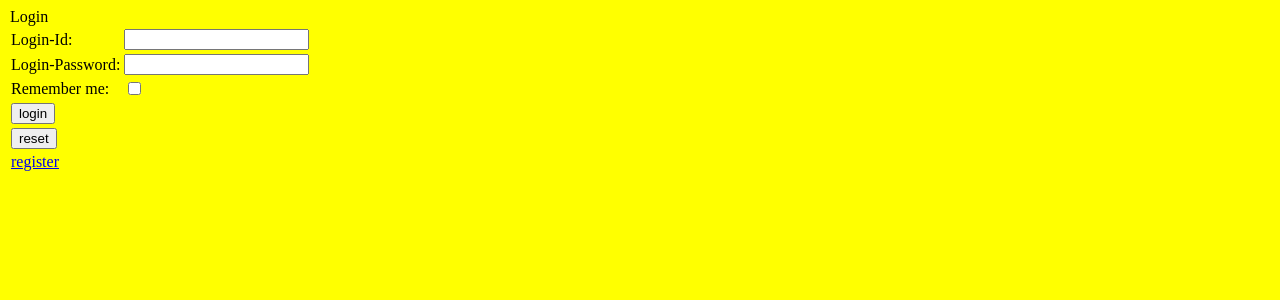
Repository: pawankumarsharm/UST_JDBC_SERVLET
Page: jdbc/empwebapp/WebContent/login.html
The author's editor kept a copy of each file at every save. The page is drawn from the files as they stood at one save, then again after the next save.
The browser window is 1280 px wide. The pictures show the whole page.

Above is the page before, as saved 2019-11-15 11:31:56.

After the next save:
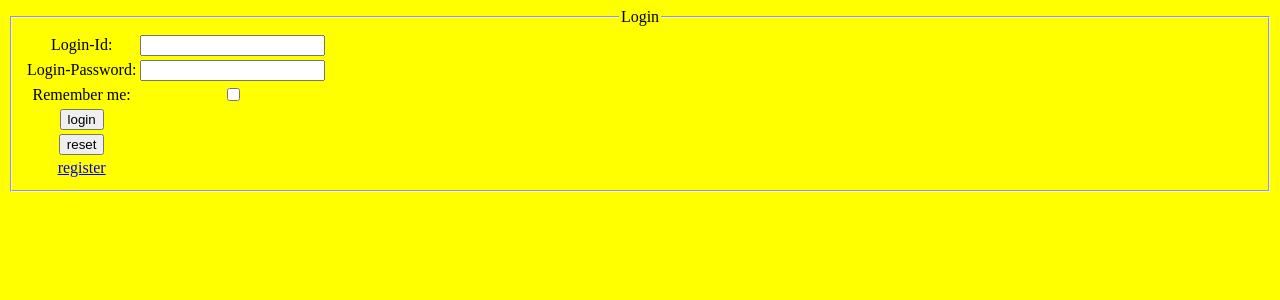
Saved 43 s later.
--- a/jdbc/empwebapp/WebContent/login.html
+++ b/jdbc/empwebapp/WebContent/login.html
@@ -5,7 +5,7 @@
 <title>Insert title here</title>
 </head>
 <body bgcolor="yellow">
-<form action="./login" method="post>
+<form action="./login" method="post">
 <fieldset align="center">
 <legend>Login</legend>
 <table>
